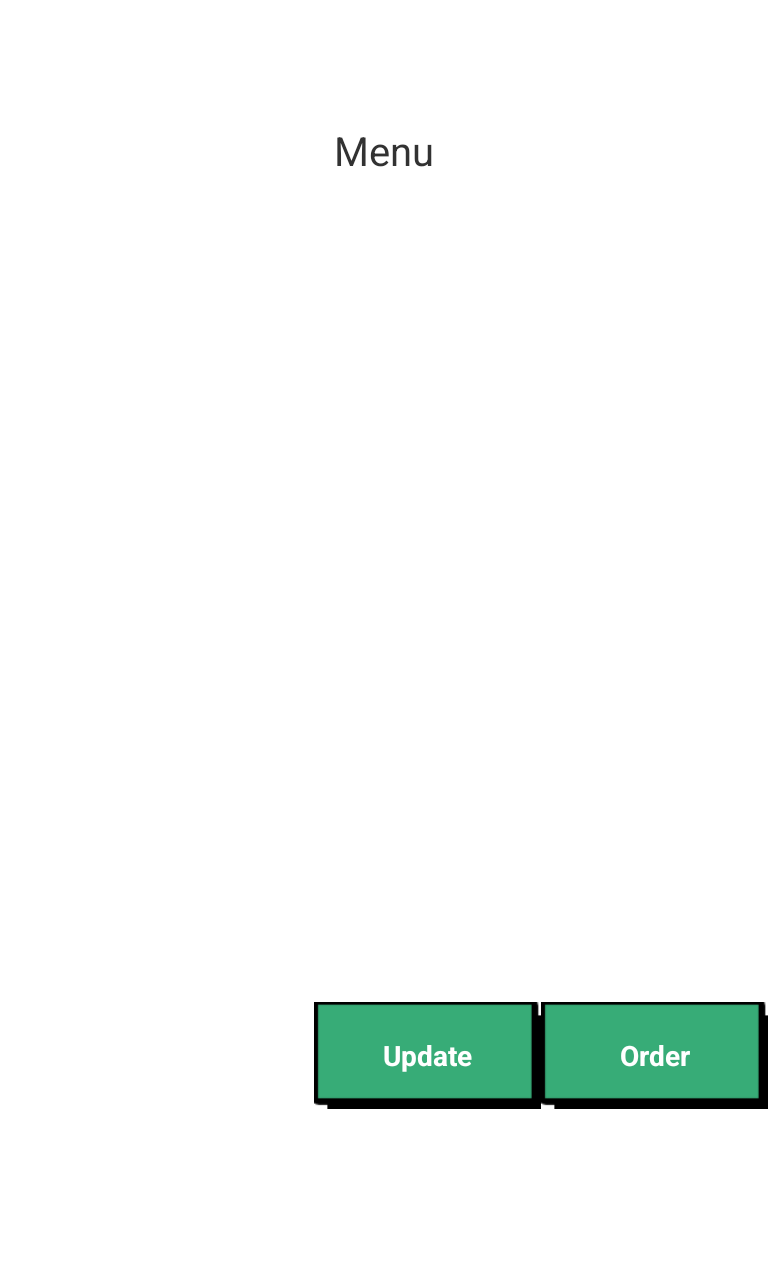
Repository: VanThi/Smart_Order
Layout: Project OS/Project_SO/res/layout/menu_item.xml
The author's editor kept a copy of each file at every save. The layout is drawn from the files as they stood at one save, then again after the next save.
It is drawn on a 768 x 1280 px phone screen (xhdpi) without system bars, with theme AppTheme; the app's code is not run. Lists and similar views that code fills are empty.

Above is the layout before, as saved 2013-11-09 12:55:46.

After the next save:
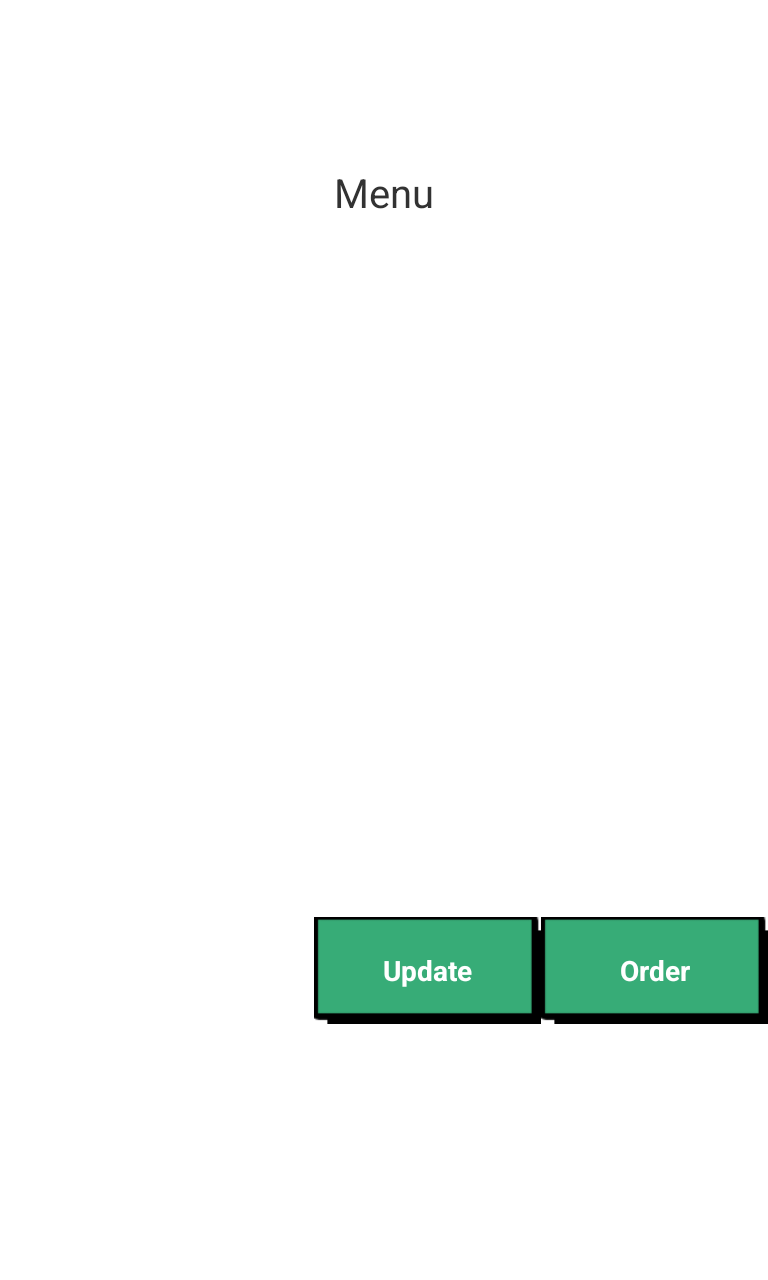
Saved 18 s later.
--- a/Project OS/Project_SO/res/layout/menu_item.xml
+++ b/Project OS/Project_SO/res/layout/menu_item.xml
@@ -13,7 +13,7 @@
         android:layout_width="wrap_content"
         android:layout_height="wrap_content"
         android:layout_gravity="center"
-        android:layout_weight="3"
+        android:layout_weight="1"
         android:text="@string/menu"
         android:textSize="20sp" />
 
@@ -21,7 +21,7 @@
         android:id="@+id/menu_item"
         android:layout_width="wrap_content"
         android:layout_height="wrap_content"
-        android:layout_weight="6" >
+        android:layout_weight="4" >
     </ListView>
 
     <TextView
